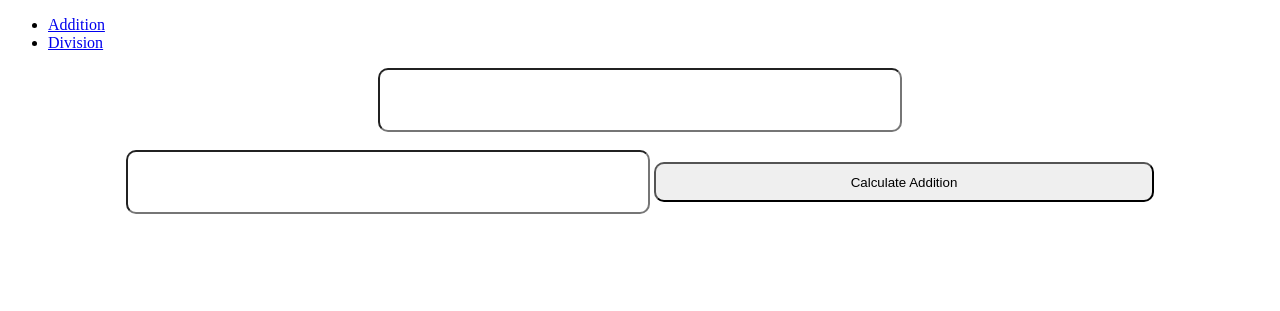
Repository: KiranNaikwadi/JSP
Page: http://localhost/Program/Divsion.jsp
An editor plug-in stored every save of this project. The page is shown before and after the next save, followed by the edit.
The browser window is 1280 px wide. The pictures show the whole page.
The page is served by Tomcat 9.

Above is the page before, as saved 2024-04-06 07:27:33.

### Program/src/main/webapp/Divsion.jsp
<%@ page language="java" contentType="text/html; charset=UTF-8"
    pageEncoding="UTF-8" isErrorPage="true" errorPage="error.jsp"%>
<!DOCTYPE html>
<html>
<head>
<meta charset="UTF-8">
<title>Insert title here</title>
<style>
input{
width:500px;
height:40px;
border-radius:10px;
padding:10px;
}
</style>
</head>
<body>
<%!
int a,b,c;
%>
<%@include file="nav.jsp" %>
<center>
<form name='frm' action='' method='get'>
<input type='text' name='first' value=''><br><br>
<input type='second' name='second' value=''>
<input type='submit'name='s' value='Calculate Addition'>

</form>
</center>
<%
String btn=request.getParameter("s");
if(btn!=null){
	a=Integer.parseInt(request.getParameter("first"));
	b=Integer.parseInt(request.getParameter("second"));
	c=a/b;
	out.println("<h1>Division is:"+c+"</h1>");

}
%>

</body>
</html>

### Program/src/main/webapp/nav.jsp
<%@ page language="java" contentType="text/html; charset=UTF-8"
    pageEncoding="UTF-8"%>
<!DOCTYPE html>
<html>
<head>
<meta charset="UTF-8">
<title>Insert title here</title>
</head>
<body>
<ul>
<li>
<a href='Add.jsp'>Addition</a>
</li>
<li>
<a href='Divsion.jsp'>Division</a>
</ul>
</body>
</html>

After the next save:
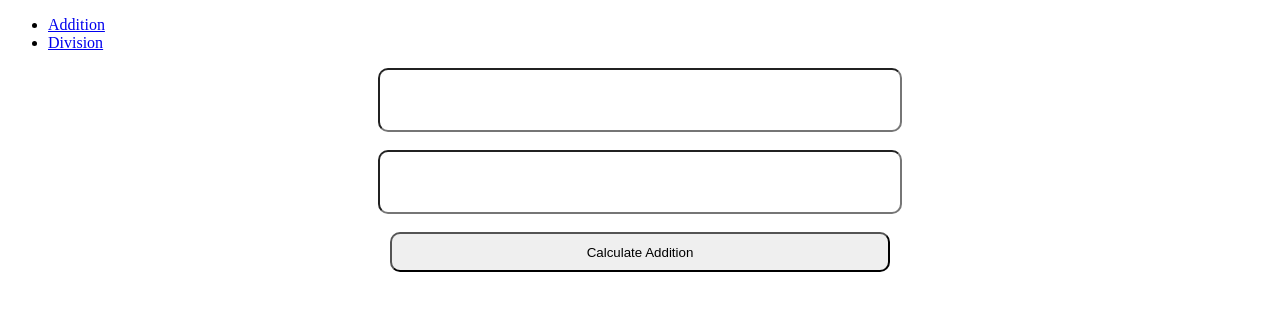
Saved 37 s later.
--- a/Program/src/main/webapp/Divsion.jsp
+++ b/Program/src/main/webapp/Divsion.jsp
@@ -22,8 +22,8 @@ int a,b,c;
 <center>
 <form name='frm' action='' method='get'>
 <input type='text' name='first' value=''><br><br>
-<input type='second' name='second' value=''>
-<input type='submit'name='s' value='Calculate Addition'>
+<input type='second' name='second' value=''><br><br>
+<input type='submit'name='s' value='Calculate Addition'><br><br>
 
 </form>
 </center>
